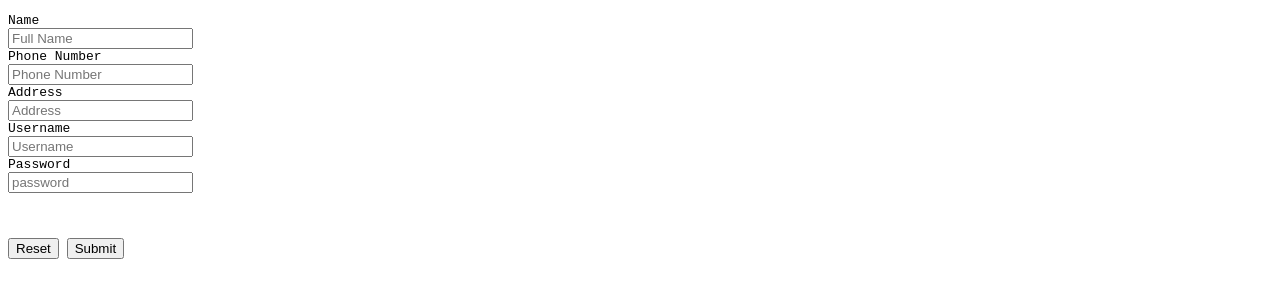
Repository: OrusuRatnamala/JAVA
Page: servlets/Sample/WebContent/Hello.html
An editor plug-in stored every save of this project. The page is shown before and after the next save, followed by the edit.
The browser window is 1280 px wide. The pictures show the whole page.

Above is the page before, as saved 2023-09-15 16:52:23.

After the next save:
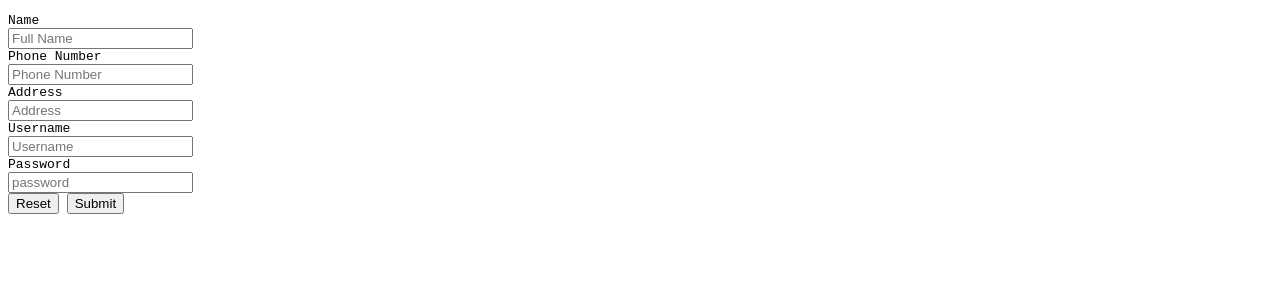
Saved 2 min 1 s later.
--- a/servlets/Sample/WebContent/Hello.html
+++ b/servlets/Sample/WebContent/Hello.html
@@ -5,26 +5,21 @@
 <title>Login form</title>
 </head>
 <body>
-<form method="post" action="success.html">
-<pre>
+	<form method="post" action="success.html">
+		<pre>
 Name
 <input type="text" name="fullname" placeholder="Full Name" />
 Phone Number
-<input type="tel" id="phone" name="phone" placeholder="Phone Number" pattern="[0-9]{10}" required>
+<input type="tel" id="phone" name="phone" placeholder="Phone Number"
+				pattern="[0-9]{10}" required>
 Address
 <input type="text" name="Address" placeholder="Address" />
 Username
 <input type="text" name="username" placeholder="Username" />
 Password
 <input type="password" name="password" placeholder="password" />
-
-
-
 <input type="reset" value="Reset"> <input type="submit" />
 </pre>
-</form>
-
-
-
+	</form>
 </body>
 </html>
